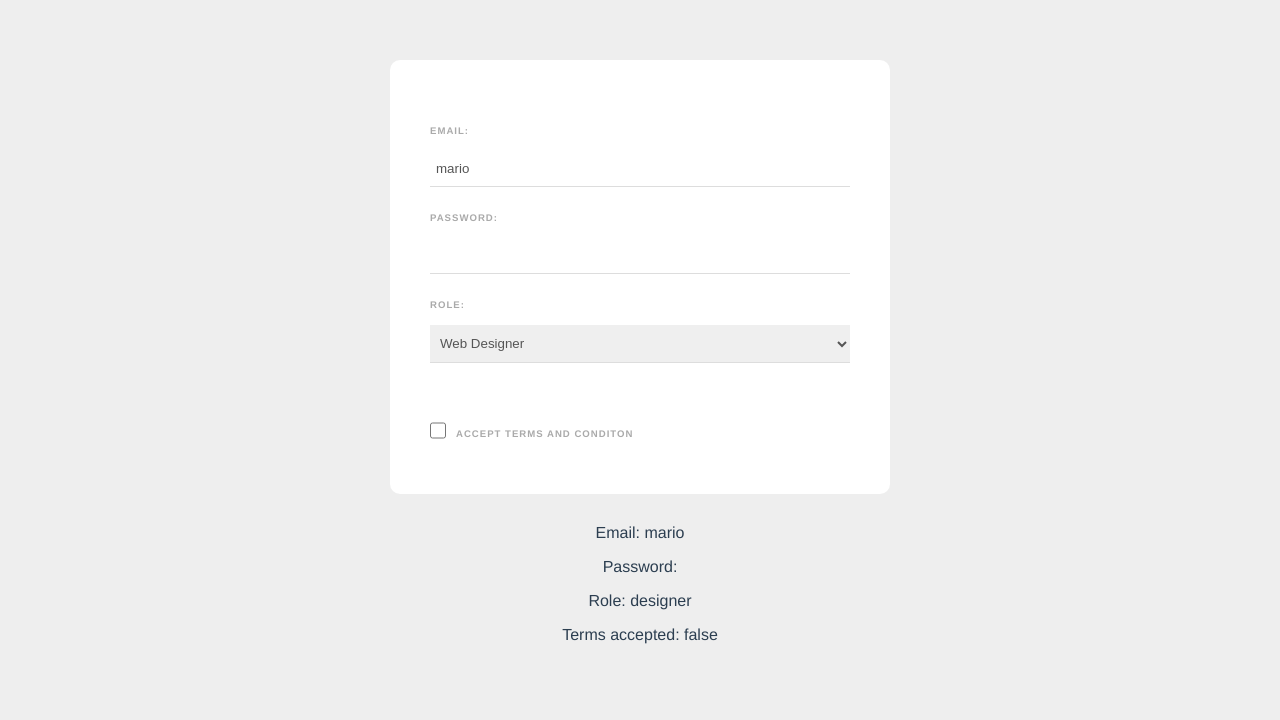
Repository: pin-seavmuy/Vue-Js
Page: /
An editor plug-in stored every save of this project. The page is shown before and after a run of saves, followed by the edit.
The browser window is 1280 px wide. The pictures show the whole page.
The project was rebuilt for these pictures with package versions that can differ from the ones it lists, and the page was loaded fresh each time. Also part of the build but not shown: vue.config.js.

Above is the page before, as saved 2023-11-16 23:13:41.

After the next 4 saves:
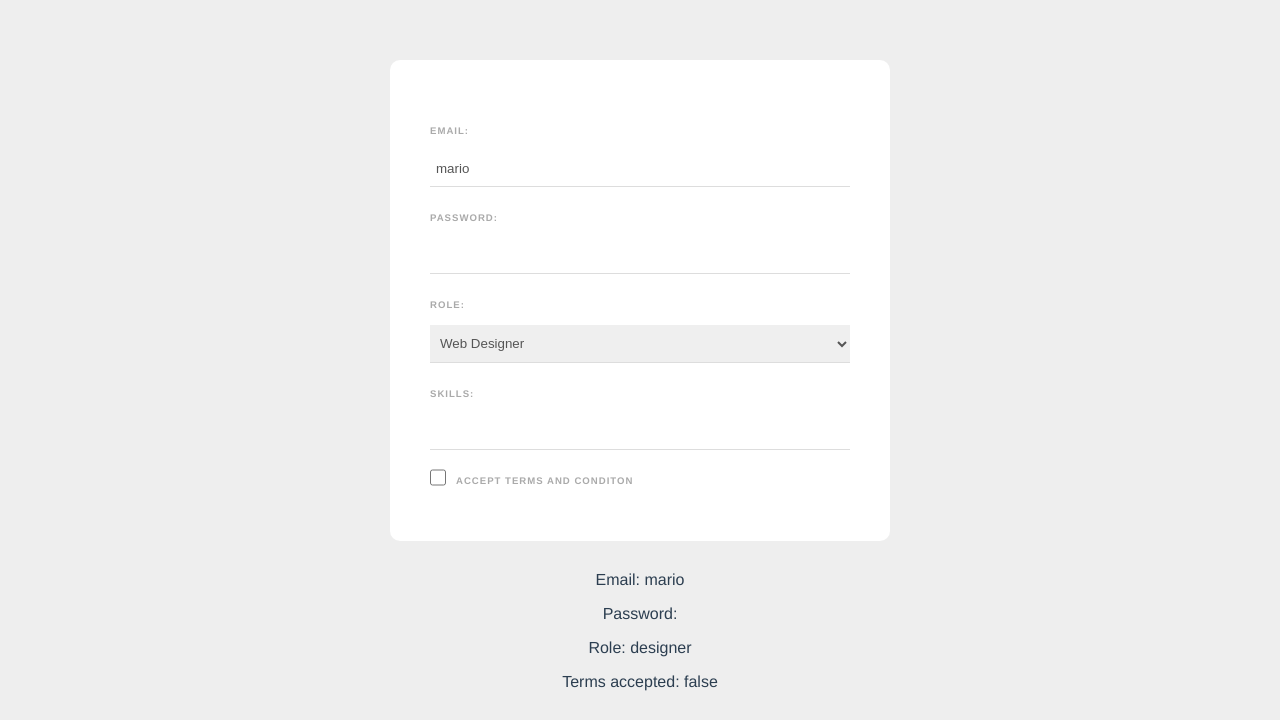
The 4 saves are shown as one change because they came seconds apart.
The last was saved 13 s later.
--- a/src/components/SignupForm.vue
+++ b/src/components/SignupForm.vue
@@ -12,7 +12,8 @@
             <option value="designer">Web Designer</option>
         </select>
 
-        <label></label>
+        <label>Skills:</label>
+        <input type>
 
         <div class="terms">
             <input type="checkbox" required v-model="terms">
